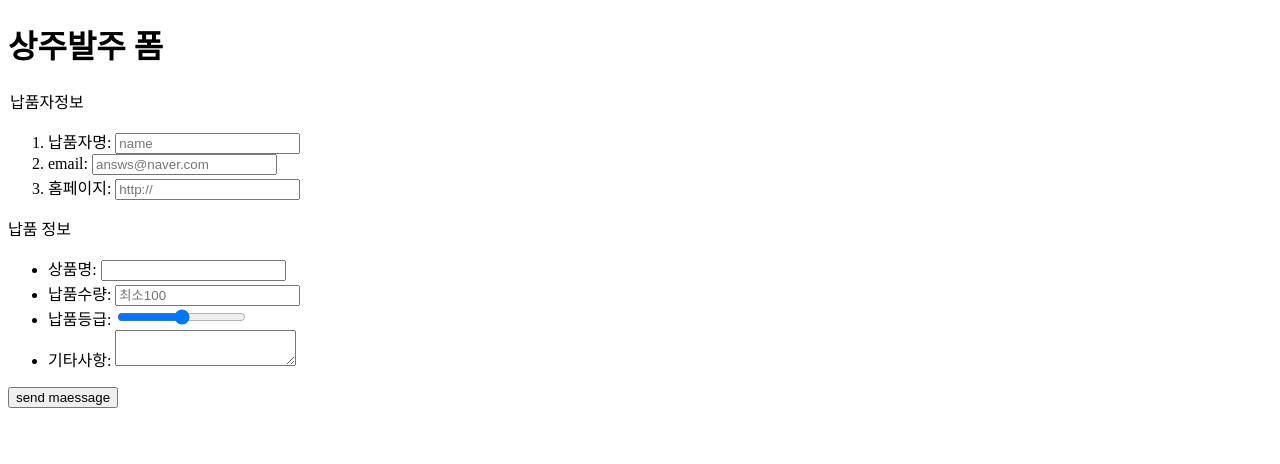
Repository: bianchi112/ict-data
Page: web_workspace/testHTMLProject2/src/main/webapp/views/practice/productform.html
The author's editor kept a copy of each file at every save. The page is drawn from the files as they stood at one save, then again after the next save.
The browser window is 1280 px wide. The pictures show the whole page.

Above is the page before, as saved 2024-08-16 04:00:11.

After the next save:
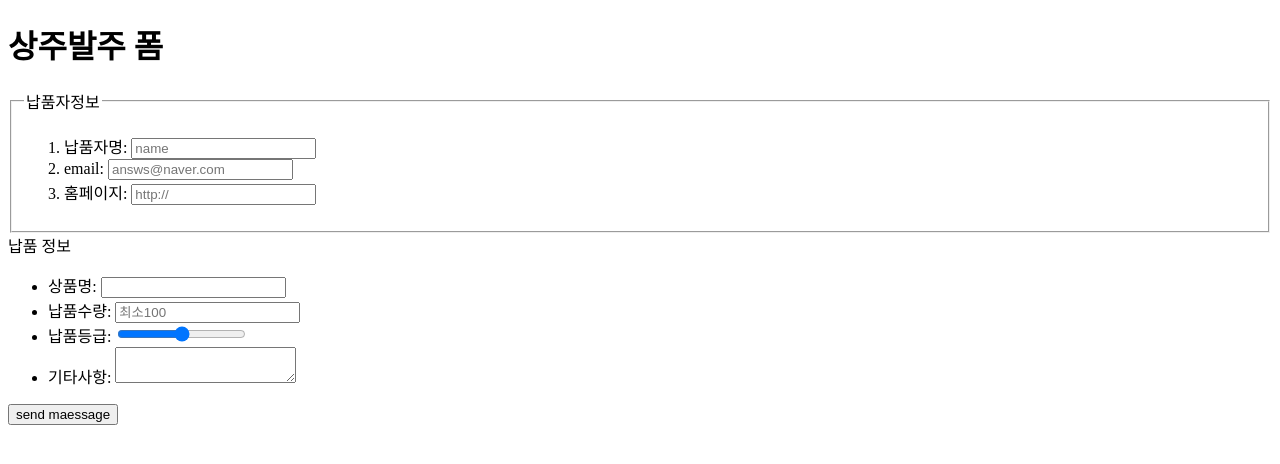
Saved 74 s later.
--- a/web_workspace/testHTMLProject2/src/main/webapp/views/practice/productform.html
+++ b/web_workspace/testHTMLProject2/src/main/webapp/views/practice/productform.html
@@ -9,6 +9,7 @@
 	<h1>상주발주 폼</h1>
 </header>
 <form action="result.html"  method="post">
+	<fieldset>
 	<legend>납품자정보</legend>
 	<ol>
 		<li>
@@ -21,7 +22,7 @@
 			홈페이지: <input type="text" placeholder="http://">
 		</li>
 	</ol>
-
+	</fieldset>
 	납품 정보
 	<ul>
 		<li>
